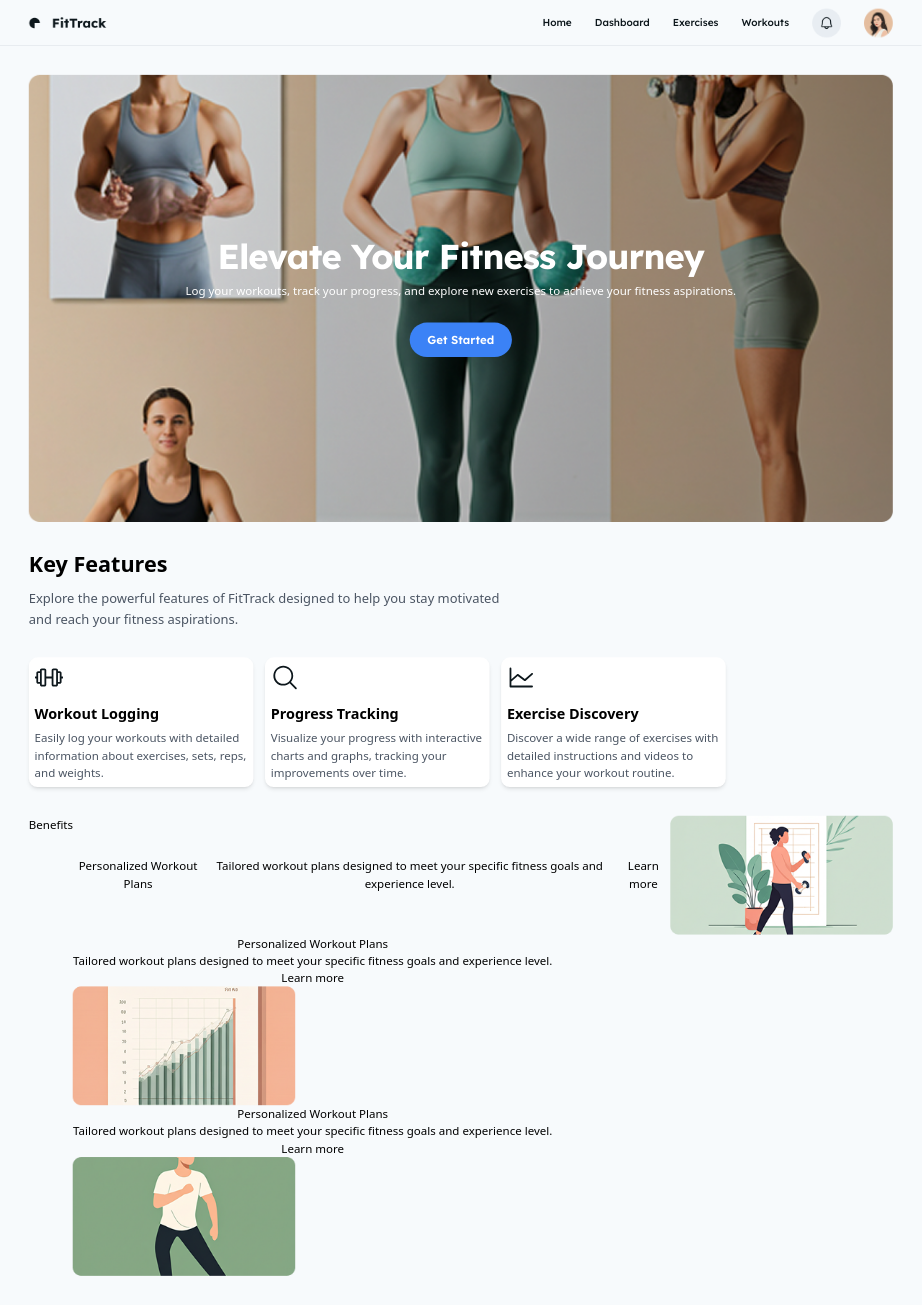
Repository: Emy-gold/fitness-tracking-platform
Page: /
These files come from the project's save history. The page is drawn as it stood at one moment and after the next save; the edit follows.
The browser window is 1280 px wide. The pictures show the whole page, at 72% of full size.
The project was rebuilt for these pictures with package versions that can differ from the ones it lists, and the page was loaded fresh each time. Also part of the build but not shown: vite.config.js, src/Pages/Dashboard.jsx, src/Pages/Exercises.jsx, src/Pages/Workouts.jsx, src/components/Footer.jsx.

Above is the page before, as saved 2025-08-27 14:30:23.

After the next save:
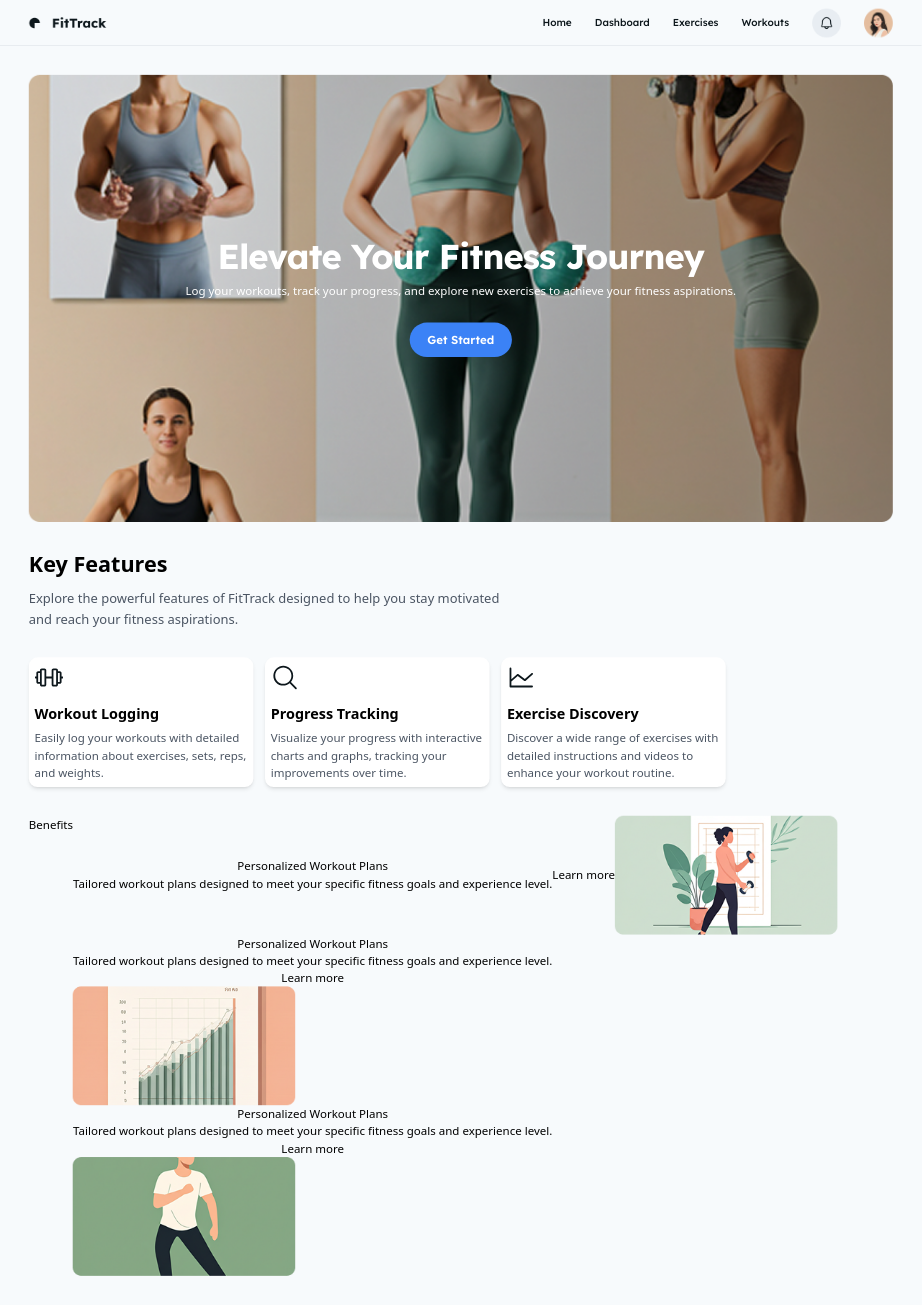
Saved 23 s later.
--- a/src/Pages/Home.jsx
+++ b/src/Pages/Home.jsx
@@ -47,8 +47,11 @@ function Home() {
                     <h2>Benefits</h2>
                     <div className='flex flex-wrap'>
                         <div className='flex justify-center items-center'>
-                            <h2>Personalized Workout Plans</h2>
-                            <p>Tailored workout plans designed to meet your specific fitness goals and experience level.</p>
+                            <div>
+                                <h2>Personalized Workout Plans</h2>
+                                <p>Tailored workout plans designed to meet your specific fitness goals and experience level.</p>
+                            </div>
+
                             <button>Learn more</button>
                             <img src={img1} />
                         </div>
